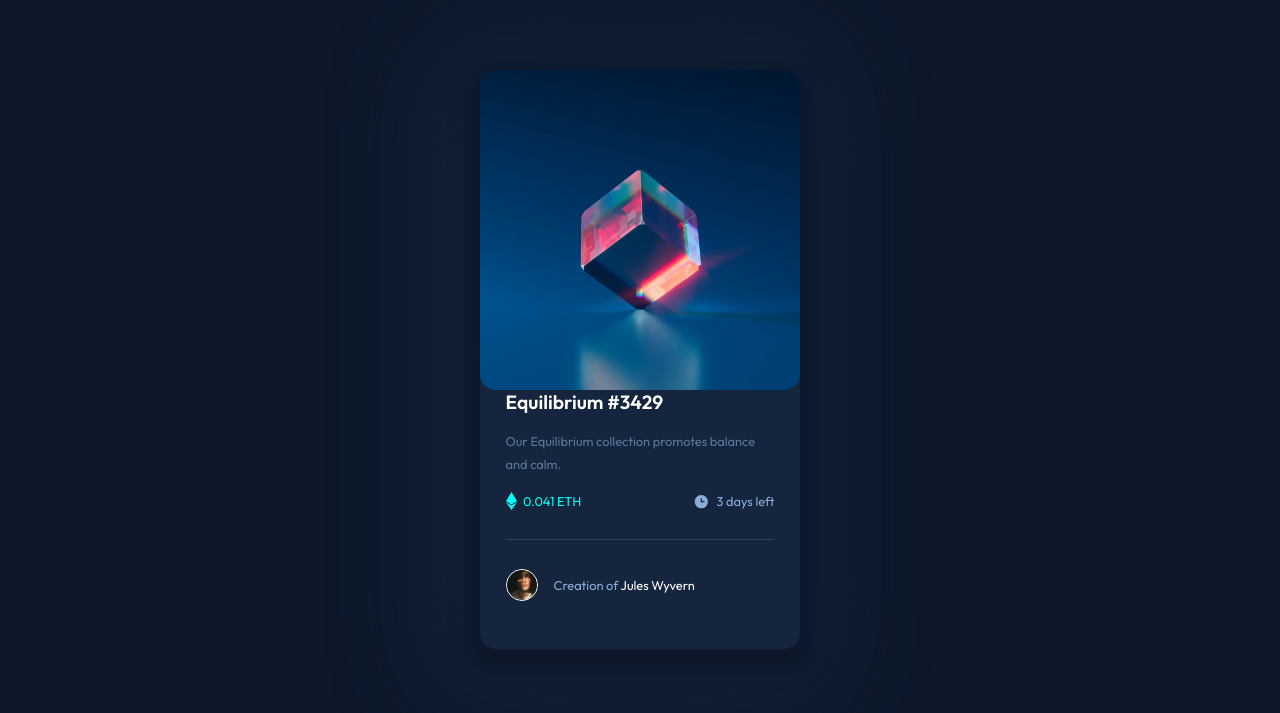
Repository: thaibaocoder1/nft-preview-card-component
Page: index.html
These files come from the project's save history. The page is drawn as it stood at one moment and after a run of saves; the edit follows.
The browser window is 1280 px wide. The pictures show the whole page.

Above is the page before, as saved 2023-01-06 20:18:17.

### index.html
<!DOCTYPE html>
<html lang="en">
<head>
  <meta charset="UTF-8">
  <meta name="viewport" content="width=device-width, initial-scale=1.0">
  <link rel="icon" type="image/png" sizes="32x32" href="./images/favicon-32x32.png">
  <title>Frontend Mentor | NFT preview card component</title>
  <link rel="stylesheet" href="./images/favicon-32x32.png">
  <link rel="stylesheet" href="./style.css">
  <style>
    .attribution { font-size: 11px; text-align: center; }
    .attribution a { color: hsl(228, 45%, 44%); }
  </style>
</head>
<body>
  <main class="container">
      <div class="modal">
        <img src="./images/image-equilibrium.jpg" alt="Image" class="container-img">
        <div class="overlay">
          <a href="#" class="icon" title="hover">
                <img src="./images/icon-view.svg" alt="">
            </a>
        </div>
      </div>
    <div class="container-content">
      <h2 class="container-heading">Equilibrium #3429</h2>
      <p class="container-desc">Our Equilibrium collection promotes balance and calm.</p>
      <section class="container-date">
        <div class="container-date-right">
          <img src="./images/icon-ethereum.svg" alt="" class="container-date--image">
          <span class="container-date--text">
            0.041 ETH
          </span>
        </div>
        <div class="container-date-left">
          <img src="./images/icon-clock.svg" alt="" class="container-date--image">
          <span class="container-date--text">
            3 days left
          </span>
        </div>
      </section>
      <hr id="mark">
      <div class="container-footer">
        <img src="./images/image-avatar.png" alt="" class="container-date--image">
        <small class="container-date--footer">
          Creation of
          <span id="text-marker">Jules Wyvern</span>
        </small>
        </div>
      </div>
    </main>


  <!-- <div class="attribution">
    Challenge by <a href="https://www.frontendmentor.io?ref=challenge" target="_blank">Frontend Mentor</a>.
    Coded by <a href="#">baoDev</a>.
  </div> -->
</body>
</html>
<!-- Equilibrium #3429

Our Equilibrium collection promotes balance and calm.

0.041 ETH
3 days left

Creation of Jules Wyvern -->

### style.css
@import url('https://fonts.googleapis.com/css2?family=Outfit:wght@300;400;600&display=swap');
* {
    margin: 0;
    padding: 0;
    box-sizing: border-box;
}
body {
    text-rendering: optimizeLegibility;
    scroll-behavior: smooth;
    font-family: 'Outfit', sans-serif;
    display: flex;
    align-items: center;
    justify-content: center;
    min-height: calc(100vh - 1px);
    background-color: var(--very-dark-blue-main);
    font-size: 62.5%;
}
:root {
    --soft-blue: hsl(215, 51%, 70%);
    --cyan-color: hsl(178, 100%, 50%);
    --very-dark-blue-main: hsl(217, 54%, 11%);
    --very-dark-blue-card: hsl(216, 50%, 16%);
    --very-dark-blue-line: hsl(215, 32%, 27%);
    --white-color: hsl(0, 0%, 100%);
}
.container {
    width: 320px;
    background-color: var(--very-dark-blue-card);
    text-align: center;
    border-radius: 1rem;
    box-shadow: 0rem 10px 1rem 15px var(--very-dark-blue-main),
    -10px 12px 6rem 2rem var(--very-dark-blue-card);
}
.container .modal {
    width: 20rem;
    height: 20rem;
    cursor: pointer;
    /* padding: 1.6rem; */
    position: relative;
    overflow: hidden;
}
.container .modal .overlay {
    position: absolute;
    padding: 1.6rem;
    overflow: hidden;
    top: 0;
    bottom: 0;
    left: 0;
    right: 0;
    height: 100%;
    width: 100%;
    opacity: 0;
    transition: all 0.2s ease-in-out;
    background-color: var(--cyan-color);
    border-radius: 1rem;
}
.container .modal:hover .overlay {
    opacity: 0.6;
}
.container .modal .overlay .icon {
    color: var(--white-color);
    font-size: 2rem;
    position: absolute;
    top: 50%;
    left: 50%;
    transform: translate(-50%, -50%);
    -ms-transform: translate(-50%, -50%);
    text-align: center;
}
.container .container-img {
    max-width: 100%;
    height: auto;
    border-radius: 1rem;
    object-fit: cover;
    display: block;
}
.container .container-content {
    padding: 0 1.6rem 3rem 1.6rem;
    text-align: left;
}
.container .container-content .container-heading {
    color: var(--white-color);
    font-size: 1.2rem;
    padding-bottom: 1rem;
    transition: color 0.25s linear;
}
.container .container-content .container-desc {
    color: var(--soft-blue);
    font-size: 0.8rem;
    font-weight: 400;
    opacity: 0.6;
    line-height: 1.8;
}
.container .container-date {
    display: flex;
    align-items: center;
    padding: 1rem 0 1.8rem;
}
.container-date .container-date-right, .container .container-date-left {
    display: flex;
    align-items: center;
    justify-content: center;
}
.container .container-date .container-date-left {
    margin-left: auto;
}
.container .container-date--text {
    color: var(--cyan-color);
    font-size: 0.8rem;
    line-height: 1rem;
    text-align: center;
    margin-left: 0.4rem;
}
.container .container-date-left .container-date--text {
    color: var(--soft-blue);
}
#mark {
    border: none;
    width: 100%;
    height: 1px;
    background-color: var(--very-dark-blue-line);
}
.container .container-footer {
    padding-top: 1.8rem;
    display: flex;
    align-items: center;
}
.container .container-footer .container-date--image {
    width: 2rem;
    height: 2rem;
    border-radius: 50%;
    border: 1px solid var(--white-color);
}
.container .container-footer .container-date--footer {
    margin-left: 1rem;
    font-size: 0.8rem;
    color: var(--soft-blue);
}
.container .container-footer #text-marker {
    color: #fff;
    transition: color 0.25s linear;
}

/* Hover */
.container .container-content .container-heading:hover {
    color: var(--cyan-color);
    cursor: pointer;
}
.container .container-footer #text-marker:hover {
    color: var(--cyan-color);
    cursor: pointer;
}

/* Responsive */
@media screen and (max-width: 375px) {
    .container {
        width: calc(100% - 2rem);
    }
}

After the next 8 saves:
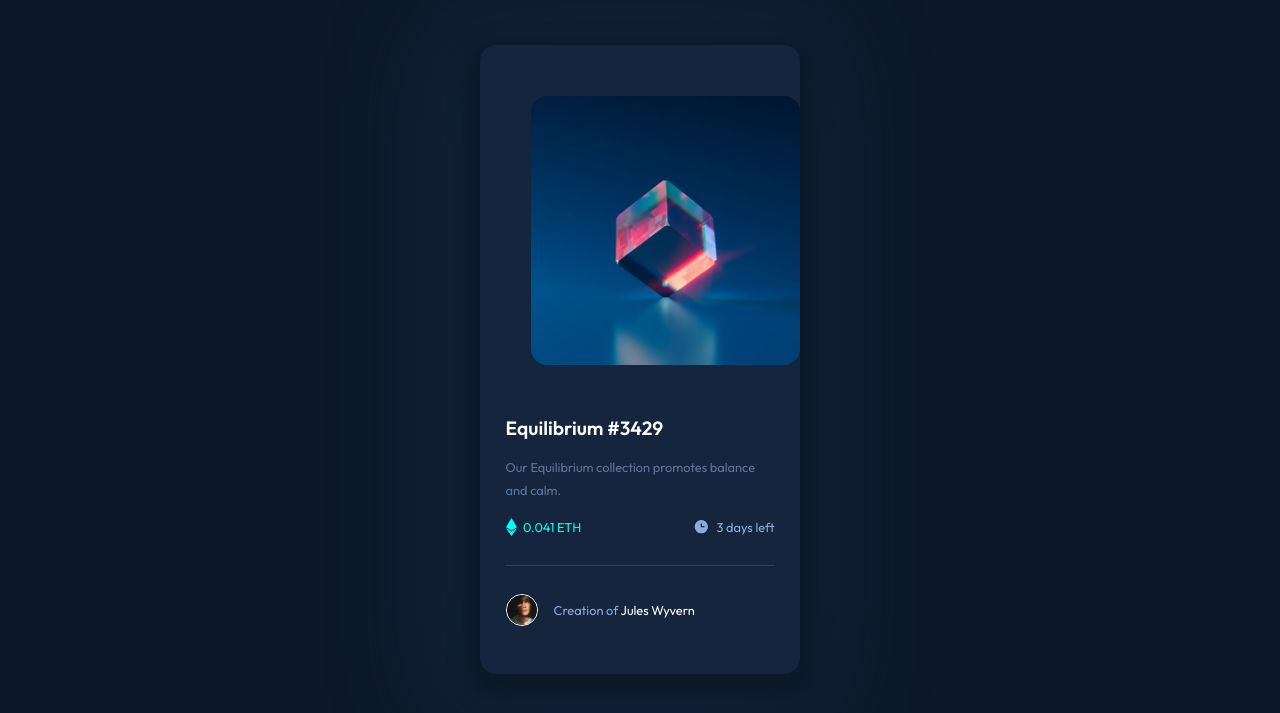
The 8 saves are shown as one change because they came seconds apart.
The last was saved 16 s later.
--- a/style.css
+++ b/style.css
@@ -35,13 +35,13 @@ body {
     width: 20rem;
     height: 20rem;
     cursor: pointer;
-    /* padding: 1.6rem; */
+    padding: 1.6rem;
+    margin: 1.6rem;
     position: relative;
     overflow: hidden;
 }
 .container .modal .overlay {
     position: absolute;
-    padding: 1.6rem;
     overflow: hidden;
     top: 0;
     bottom: 0;
